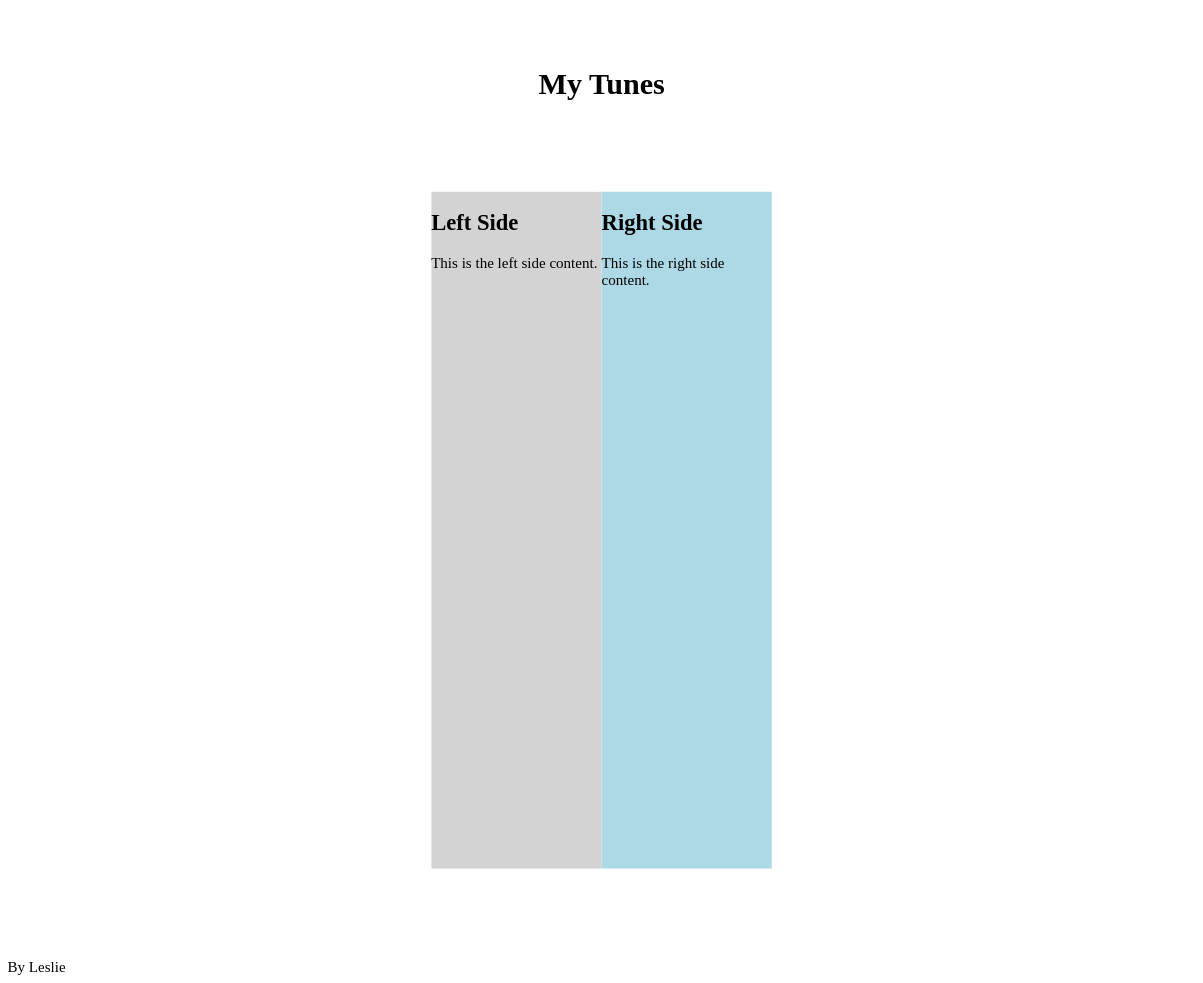
Repository: leslie179/labOne
Page: /
These files come from the project's save history. The page is drawn as it stood at one moment and after a run of saves; the edit follows.
The browser window is 1280 px wide. The pictures show the whole page, at 94% of full size.
The project was rebuilt for these pictures with package versions that can differ from the ones it lists, and the page was loaded fresh each time. The framework's server and built-in components were replaced by stand-ins that run in the browser. Also part of the build but not shown: next.config.js, components/Footer/Footer.module.css, components/LeftComponent/LeftComponent.module.css, components/RightComponent/RightComponent.module.css.

Above is the page before, as saved 2024-09-15 21:38:39.

### pages/index.js
import Head from 'next/head'
import styles from '@/styles/Home.module.css'
import Footer from '@/components/Footer'
import Header from '@/components/Header'
import LeftComponent from '@/components/LeftComponent'
import RightComponent from '@/components/RightComponent'

export default function Home() {
  return (
    <>
      <Head>
        <title>Create Next App</title>
        <meta name="description" content="Generated by create next app" />
        <meta name="viewport" content="width=device-width, initial-scale=1" />
        <link rel="icon" href="/favicon.ico" />
      </Head>
      <Header/>
      <main className={`${styles.main}`}>
      <div className={styles.container}>
      <div className={styles.left}>
                <LeftComponent />
            </div>
            <div className={styles.right}>
                <RightComponent />
            </div>
            </div>
      </main>
      <Footer/>
    </>
  )
}

### styles/globals.css
:root {


}

a {
  color: inherit;
  text-decoration: none;
}

### styles/Home.module.css
.main {
  display: flex;
  flex-direction: column;
  justify-content: space-between;
  align-items: center;
  padding: 6rem;
  min-height: 20vh;
}


.container {
  display: flex;
  justify-content: space-between;
  height: 100vh;
}

.left, .right {
  flex: 1;
  padding: 100;
  box-sizing: border-box;
}

.left {
  background-color: lightgray;
}

.right {
  background-color: lightblue;
}

### components/Footer/index.js
import styles from "./Footer.module.css"

export default function Footer() {
    return(
        <footer className={styles.Footer}>
            By Leslie
        </footer>
    )
}

### components/Header/index.js
import styles from './Header.module.css';


export default function Header() {
    return (
        <header className={styles.header}>
            <h1>My Tunes</h1>
        </header>
    );
}

### components/LeftComponent/index.js
import styles from './LeftComponent.module.css';

export default function LeftComponent() {
    return (
        <div>
            <h2>Left Side</h2>
            <p>This is the left side content.</p>
        </div>
    );
}

### components/RightComponent/index.js
import styles from './RightComponent.module.css';

export default function RightComponent() {
    return (
        <div>
            <h2>Right Side</h2>
            <p>This is the right side content.</p>
        </div>
    );
}

### components/Header/Header.module.css
.header {
    text-align: center;
    padding-top: 5%;
  }

  .header h1 {
    margin: 0;
    padding: 0;
    font-size: 2rem; /* Adjust as needed */
  }

Loaded but not shown: pages/_app.js (common file); pages/_document.js (common file)

After the next 3 saves:
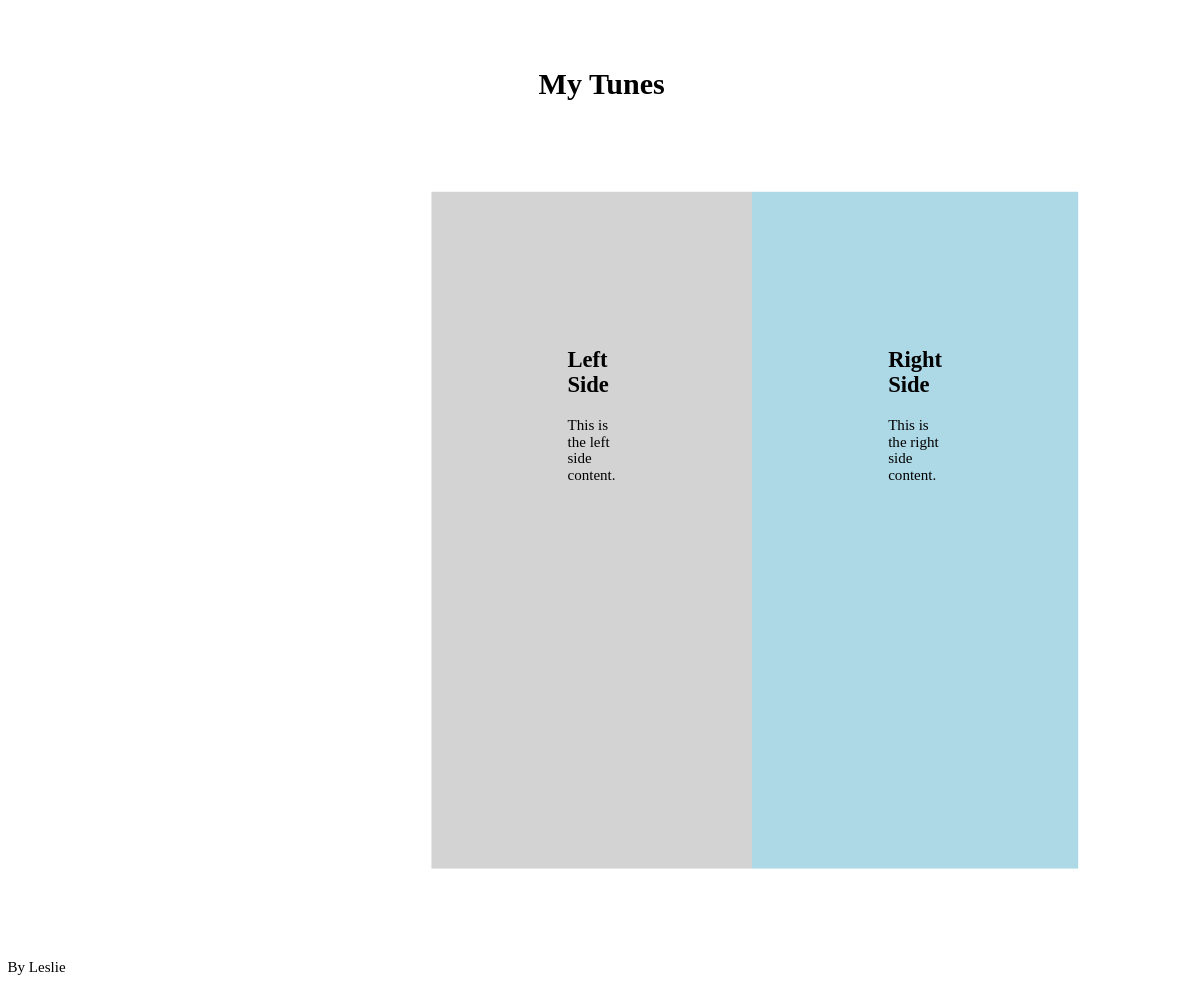
The 3 saves are shown as one change because they came seconds apart.
The last was saved 9 s later.
--- a/styles/Home.module.css
+++ b/styles/Home.module.css
@@ -16,7 +16,7 @@
 
 .left, .right {
   flex: 1;
-  padding: 100;
+  padding: 40%;
   box-sizing: border-box;
 }
 
